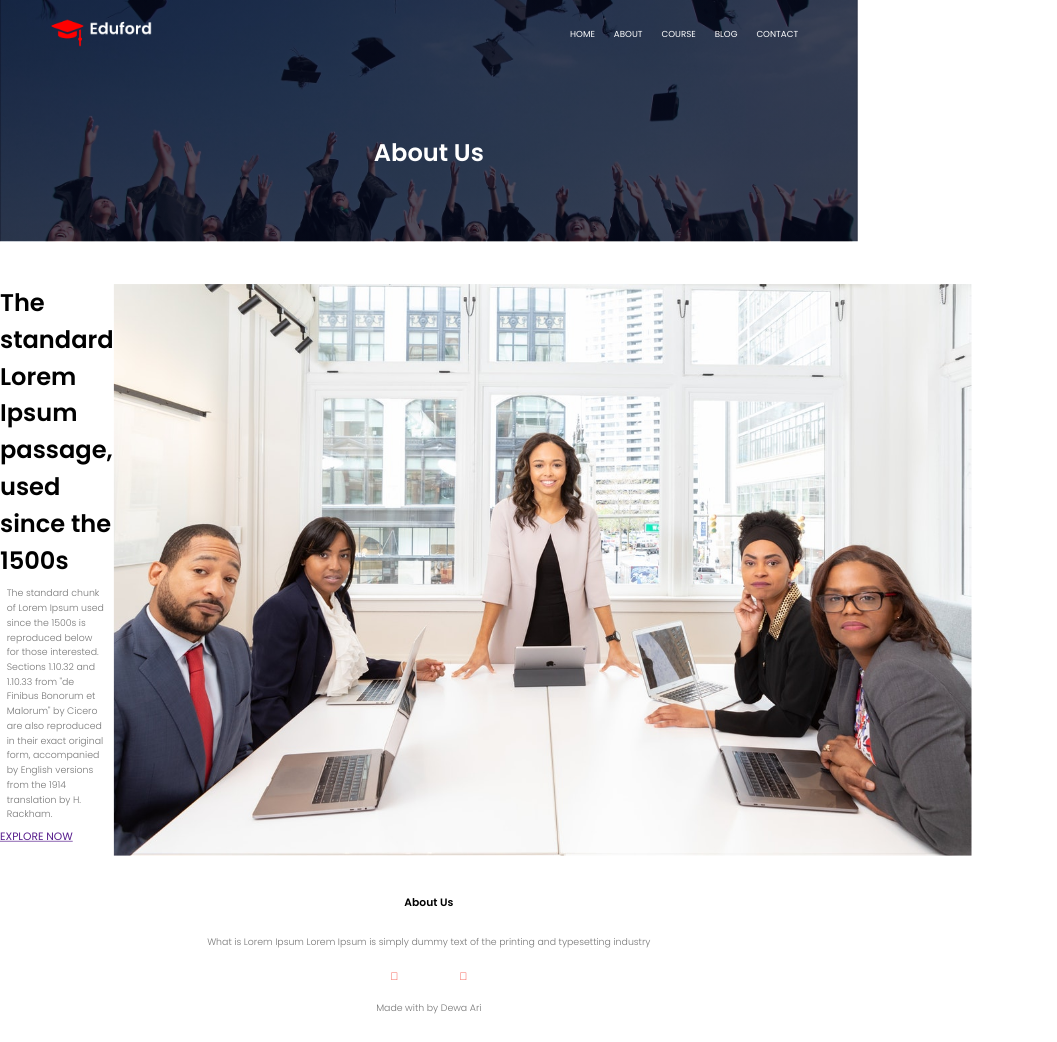
Repository: dewaary/company-profile
Page: about.html
An editor plug-in stored every save of this project. The page is shown before and after the next save, followed by the edit.
The browser window is 1280 px wide. The page is 1450 px wide, then 1578 px, so the pictures cover 1578 px, including what lies to the right of the window. The pictures show the whole page, at 67% of full size.

Above is the page before, as saved 2021-05-07 23:23:24.

After the next save:
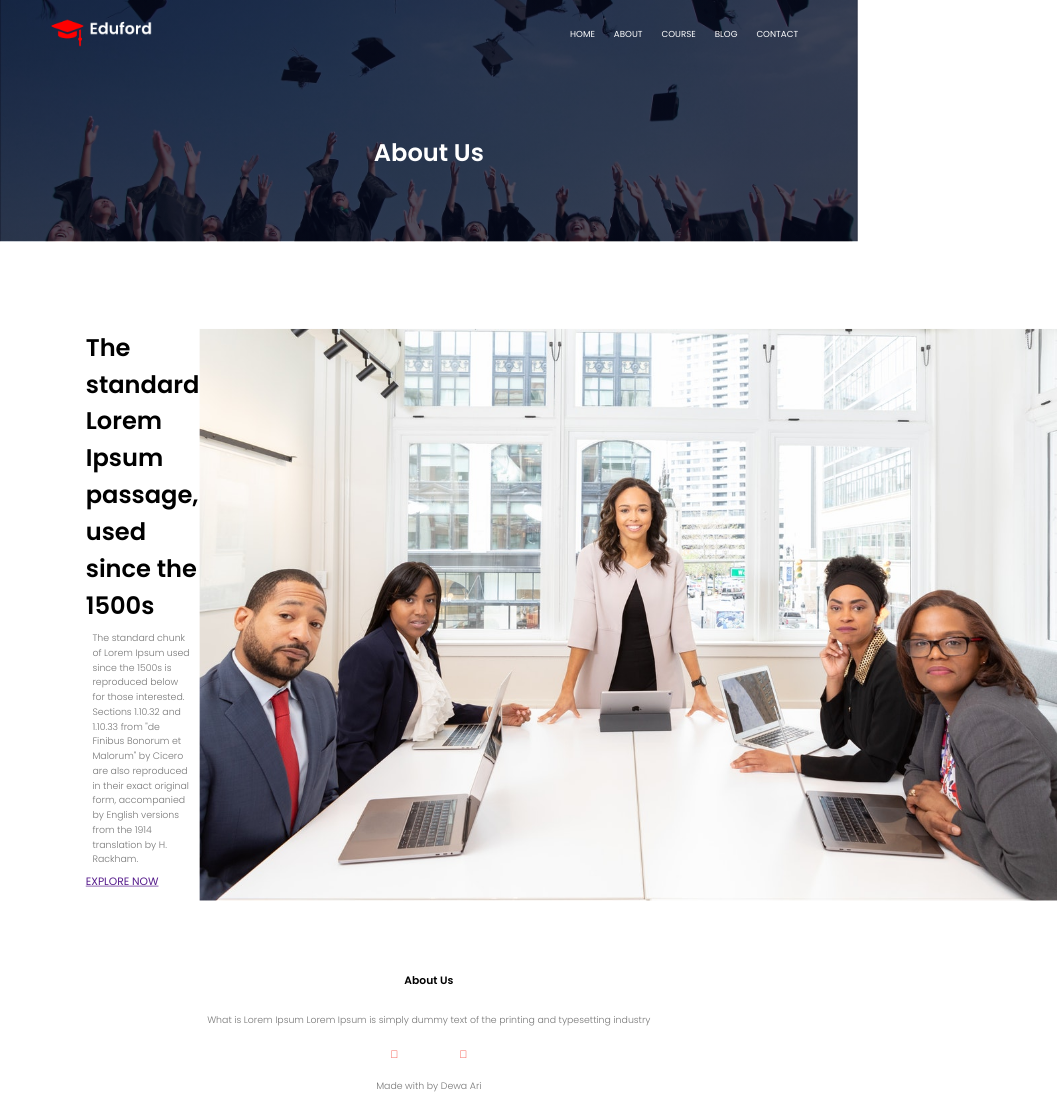
Saved 96 s later.
--- a/style.css
+++ b/style.css
@@ -373,3 +373,10 @@ h3 {
 .sub-header h1{
   margin-top: 100px;
 }
+
+.about-us {
+  width: 80%;
+  margin: auto;
+  padding-top: 80px;
+  padding-bottom: 50px;
+}
